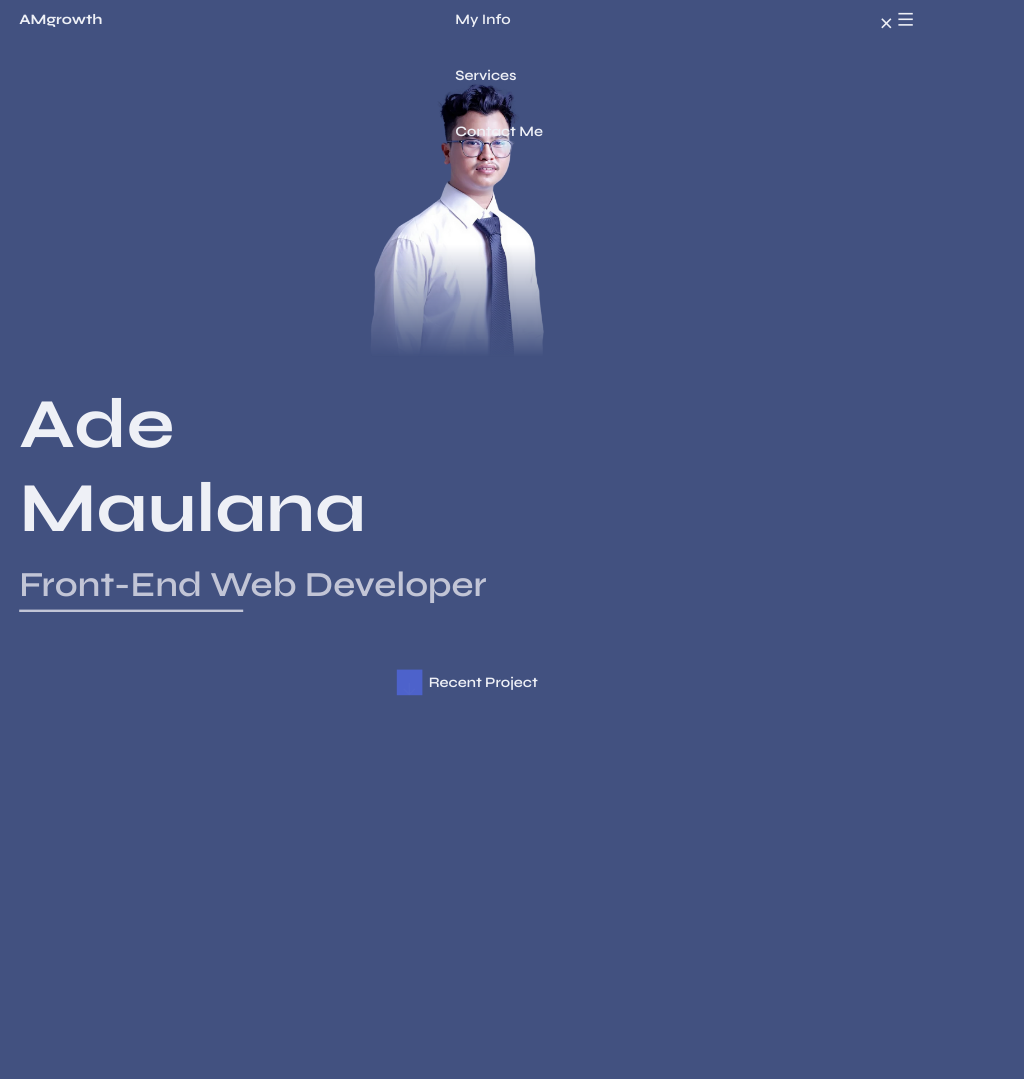
Repository: Ademaulana100499/portofolio
Page: index.html
These files come from the project's save history. The page is drawn as it stood at one moment and after the next save; the edit follows.
The browser window is 1280 px wide. The pictures show the whole page, at 80% of full size.
Some web fonts or font styles are not loaded; a fallback is used.

Above is the page before, as saved 2024-11-28 17:47:40.

After the next save:
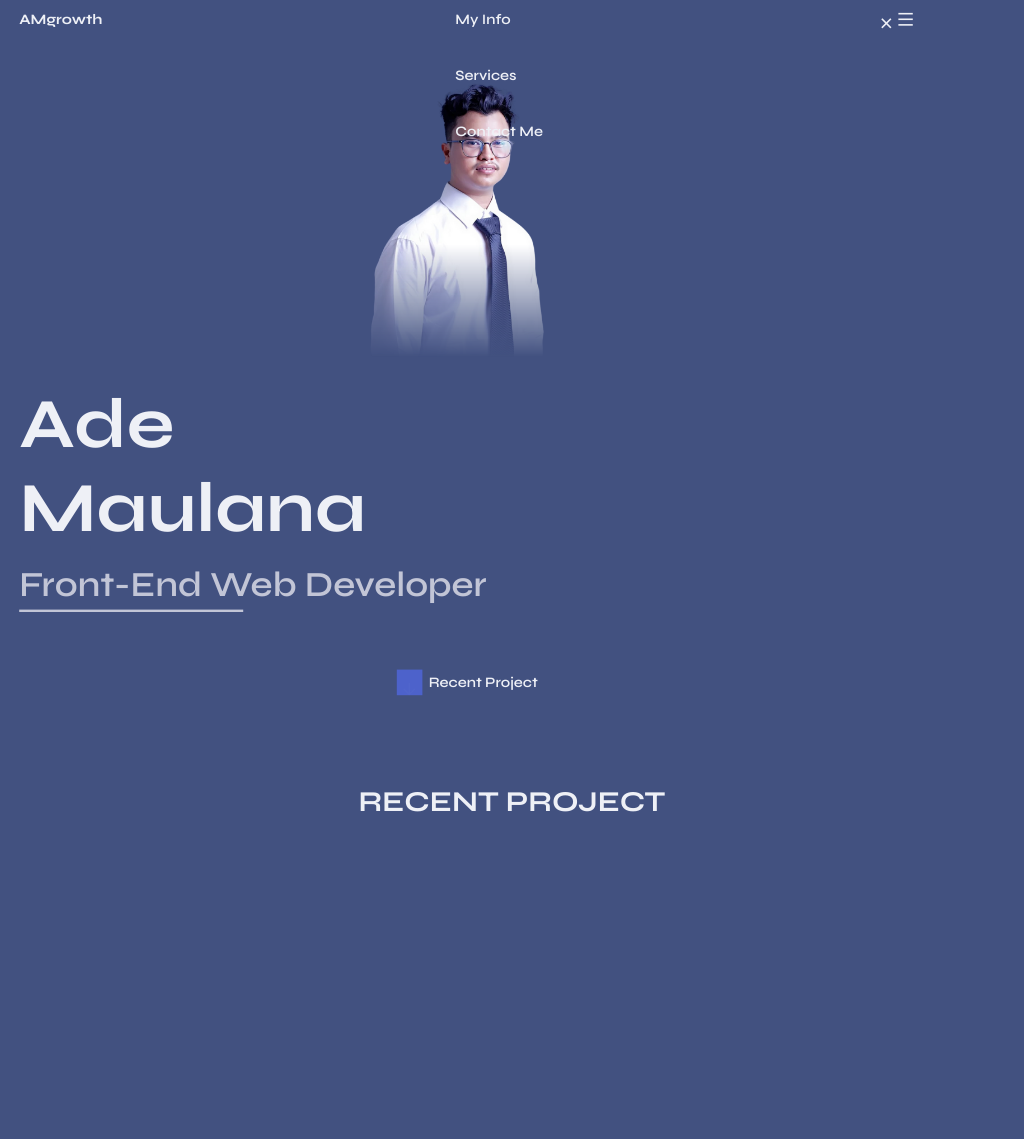
Saved 9 min 2 s later.
--- a/index.html
+++ b/index.html
@@ -69,7 +69,9 @@
         </div>
       </section>
       <!-- PROJECT -->
-      <section class="project section" id="project"></section>
+      <section class="project section" id="project">
+        <h2 class="section__title">RECENT PROJECT</h2>
+      </section>
       <!-- INFO -->
       <section class="info section" id="info"></section>
       <!-- SERVICES -->
